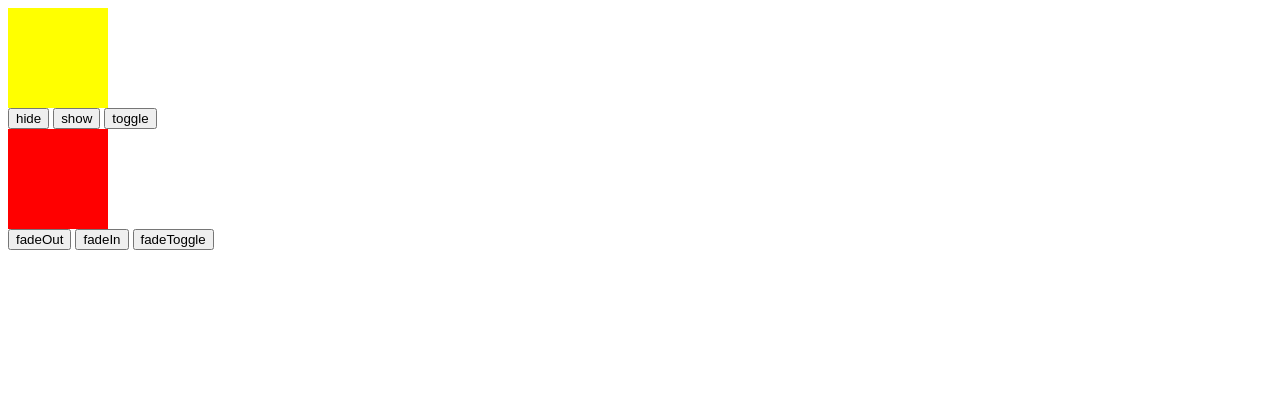
Repository: mjh1583/Hustar03_eGov
Page: http://localhost/JavaScript/js011.jsp
The author's editor kept a copy of each file at every save. The page is drawn from the files as they stood at one save, then again after the next save.
The browser window is 1280 px wide. The pictures show the whole page.
The page is served by Tomcat 9.

Above is the page before, as saved 2021-05-07 01:18:06.

### workspace/JavaScript/src/main/webapp/js011.jsp
<%@ page language="java" contentType="text/html; charset=UTF-8"
    pageEncoding="UTF-8"%>
<!DOCTYPE html>
<html>
<head>
	<meta charset="UTF-8">
	<title>animation</title>
</head>
<body>
	<div>
		<div id="div1" style="width: 100px; height: 100px; background-color: yellow;"></div>
		<input type="button" id="btn1_1" value="hide"/>
		<input type="button" id="btn1_2" value="show"/>
		<input type="button" id="btn1_3" value="toggle"/>
	</div>

	<div>
		<div id="div2" style="width: 100px; height: 100px; background-color: red;"></div>
		<input type="button" id="btn2_1" value="fadeOut"/>
		<input type="button" id="btn2_2" value="fadeIn"/>
		<input type="button" id="btn2_3" value="fadeToggle"/>
	</div>

	<script src="https://code.jquery.com/jquery-3.6.0.js"></script>
	<script type="text/javascript">
		$('#btn1_1').bind('click', function() {
			$('#div1').hide(1000); //1000 : 1초 만에 숨김
		});

		$('#btn1_2').bind('click', function() {
			$('#div1').show(2000);
		});

		$('#btn1_3').bind('click', function() {
			$('#div1').toggle(500);
		});

		/* fade--- : 서서히 사라지거나 나타남 */
		$('#btn2_1').bind('click', function() {
			$('#div2').fadeOut();
		});

		$('#btn2_2').bind('click', function() {
			$('#div2').fadeIn();
		});

		$('#btn2_3').bind('click', function() {
			$('#div2').fadeToggle();
		});
	</script>
</body>
</html>

After the next save:
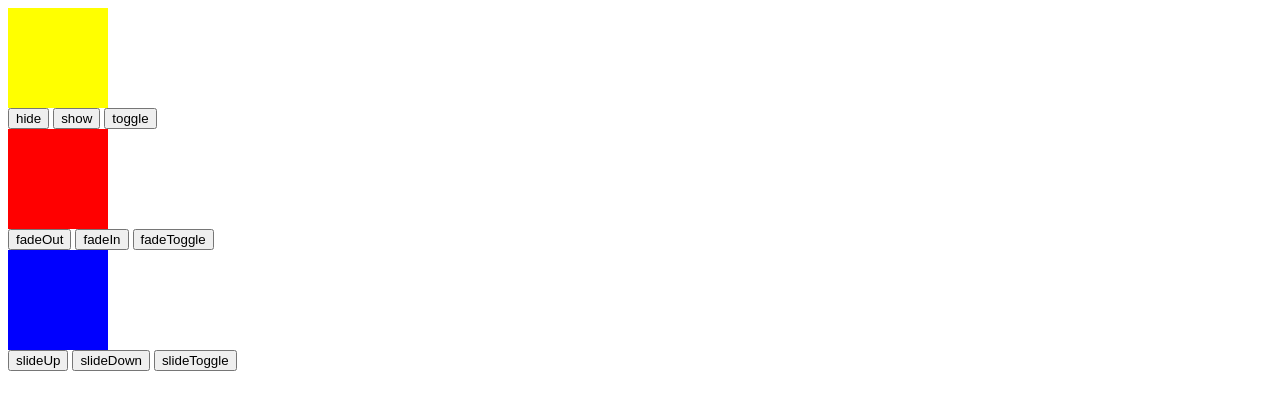
Saved 76 s later.
--- a/workspace/JavaScript/src/main/webapp/js011.jsp
+++ b/workspace/JavaScript/src/main/webapp/js011.jsp
@@ -20,6 +20,14 @@
 		<input type="button" id="btn2_2" value="fadeIn"/>
 		<input type="button" id="btn2_3" value="fadeToggle"/>
 	</div>
+
+	<div>
+		<div id="div3" style="width: 100px; height: 100px; background-color: blue;"></div>
+		<input type="button" id="btn3_1" value="slideUp"/>
+		<input type="button" id="btn3_2" value="slideDown"/>
+		<input type="button" id="btn3_3" value="slideToggle"/>
+	</div>
+
 
 	<script src="https://code.jquery.com/jquery-3.6.0.js"></script>
 	<script type="text/javascript">
@@ -47,6 +55,19 @@
 		$('#btn2_3').bind('click', function() {
 			$('#div2').fadeToggle();
 		});
+
+
+		$('#btn3_1').bind('click', function() {
+			$('#div3').slideUp();
+		});
+
+		$('#btn3_2').bind('click', function() {
+			$('#div3').slideDown();
+		});
+
+		$('#btn3_3').bind('click', function() {
+			$('#div3').slideToggle();
+		});
 	</script>
 </body>
 </html>
